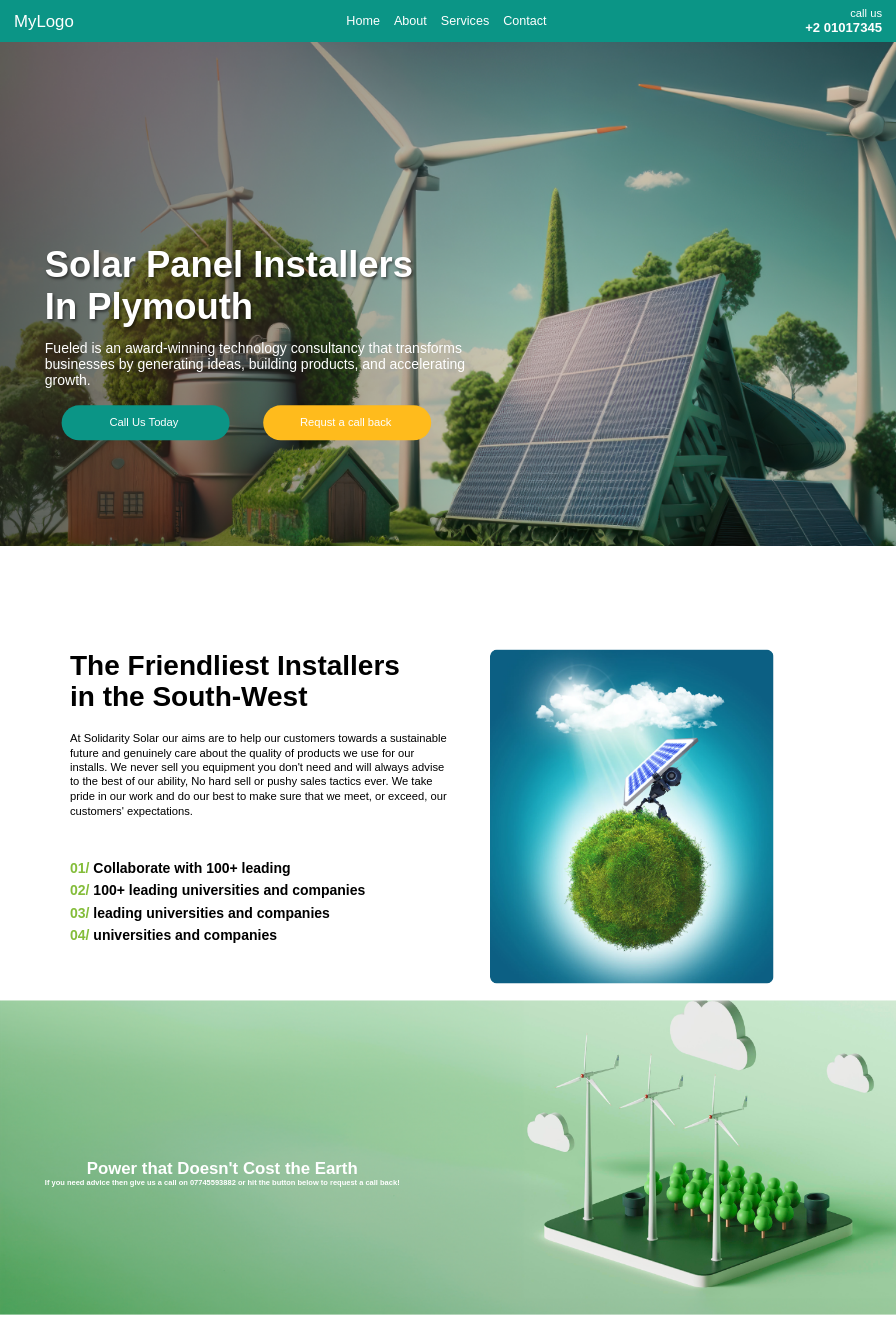
Repository: MaramNabil872/Landing-Page
Page: landingPage.html
The author's editor kept a copy of each file at every save. The page is drawn from the files as they stood at one save, then again after the next save.
The browser window is 1280 px wide. The pictures show the whole page, at 70% of full size.

Above is the page before, as saved 2024-10-20 21:35:33.

### landingPage.html
<!DOCTYPE html>
<html lang="en">
    <head>
        <meta charset="UTF-8" />
        <meta name="viewport" content="width=device-width, initial-scale=1.0" />
        <title>Landing Page</title>
        <link rel="stylesheet" href="landingPage.css" />
    </head>
    <body>
        <nav class="navbar">
            <div class="logo">MyLogo</div>

            <ul class="nav-links">
                <li><a href="#home">Home</a></li>
                <li><a href="#about">About</a></li>
                <li><a href="#services">Services</a></li>
                <li><a href="#contact">Contact</a></li>
            </ul>
            <div class="call">
                <p>call us</p>
                <h3>+2 01017345</h3>
            </div>
        </nav>

        <div class="image-container">
            <img
                src="images/solar-panels-meadow 1.png"
                alt="Background Image"
                class="background-image"
            />
            <div class="main-text">
                <h2 class="text-wallpaper">
                    Solar Panel Installers <br />
                    In Plymouth
                </h2>
                <br />
                <p class="text-paragraph">
                    Fueled is an award-winning technology consultancy that
                    transforms <br />
                    businesses by generating ideas, building products, and
                    accelerating<br />
                    growth.
                </p>
                <div class="button-container">
                    <button class="button-wallpaper1">Call Us Today</button>
                    <button class="button-wallpaper2">
                        Requst a call back
                    </button>
                </div>
            </div>
        </div>

        <!-- first container -->

        <div class="container1">
            <div class="text-container1">
                <p class="title-container1">
                    The Friendliest Installers <br />in the South-West
                </p>
                <p class="paragraph-container1">
                    At Solidarity Solar our aims are to help our customers
                    towards a sustainable future and genuinely care about the
                    quality of products we use for our installs. We never sell
                    you equipment you don't need and will always advise to the
                    best of our ability, No hard sell or pushy sales tactics
                    ever. We take pride in our work and do our best to make sure
                    that we meet, or exceed, our customers' expectations.
                </p>
                <div class="last-container1">
                    <p>
                        <span class="number-container1">01/ </span>Collaborate
                        with 100+ leading
                    </p>
                    <p>
                        <span class="number-container1">02/ </span> 100+ leading
                        universities and companies
                    </p>
                    <p>
                        <span class="number-container1">03/ </span> leading
                        universities and companies
                    </p>
                    <p>
                        <span class="number-container1">04/ </span> universities
                        and companies
                    </p>
                </div>
            </div>
            <div class="image-container1">
                <img src="images/Rectangle 30.png" alt="solar" />
            </div>
        </div>

        <!-- second section -->

        <div class="section2">
            <img src="images/middle.png" alt="img">
            <div class="section2-text">
                <h2>Power that Doesn't Cost the Earth</h2>
              <h6>If you need advice then give us a call on 07745593882 or hit the button below to request a call back!</h6>
            </div>
        </div>
    </body>
</html>

### landingPage.css
* {
    margin: 0;
    padding: 0;
    box-sizing: border-box; /* Added for consistent sizing */
}

body {
    font-family: Arial, sans-serif;
}
@media (max-width: 480px) {
    .text-overlay {
        font-size: 1.2rem; /* Even smaller text size for very small screens */
    }

    .call h3 {
        font-size: 1.2rem; /* Adjust call size for small screens */
    }
}

.navbar {
    background-color: #0b9586;
    display: flex;
    justify-content: space-between;
    align-items: center;
    padding: 10px 20px;
    position: relative;
    flex-wrap: wrap; /* Allow items to wrap on smaller screens */
}

.logo {
    color: #fff;
    font-size: 24px;
}

.nav-links {
    list-style: none;
    display: flex;
    flex-wrap: wrap; /* Allow links to wrap on smaller screens */
}

.nav-links li {
    margin-left: 20px;
}

.nav-links a {
    text-decoration: none;
    color: white;
    font-size: 18px;
    transition: color 0.3s;
}

.nav-links a:hover {
    color: #f0a500;
}

.call {
    color: #fff;
    text-align: right; /* Align text to the right */
}

.image-container {
    position: relative;
    width: 100%;
    height: 100vh;
    overflow: hidden;
}

.background-image {
    width: 100%;
    height: 100%;
    object-fit: cover;
}
.main-text{
    position: absolute;
    top: 40%;
    left:5%;
}
.text-wallpaper {


    color: white;
    font-size: 52px;
    font-weight: bold;
    text-shadow: 2px 2px 4px rgba(0, 0, 0, 0.5);
}
.text-paragraph{
    color: white;
    font-size:  20px;

}
.button-container{
    display: flex;
}
.button-wallpaper1 {
    background-color: #0b9586;
    color: white;
    border: none;
    border-radius: 20em;
    padding: 0.8em 1.5em 0.8em 1.2em;
    width: 40%;
    margin: 4%;
    height: 50px;
    font-size: 16px;
    cursor: pointer;
    align-items: center;

}
.button-wallpaper2 {
    background-color:  #FFBB1C;
    ;
    color: white;
    border: none;
    border-radius: 20em;
    padding: 0.8em 1.5em 0.8em 1.2em;
    width: 40%;
    margin: 4%;
    height: 50px;
    font-size: 16px;
    cursor: pointer;
    align-items: center;

}

.container1 {
    display: flex;
    background-color: white;
    padding-top: 10%;
    border-radius: 8px;
    max-width: 1200px;
    margin: 20px auto;


}
.title-container1{
    font-size: 40px;
    font-weight: bold;


}
.text-container1 {
   flex:1;
    padding-right:5%;
padding-left: 5%;}
.paragraph-container1{
    margin-top: 5%;
    line-height: 1.3;
}

.last-container1{
    font-size: 20px;
    font-weight: bold;
    padding-top: 10%;
    line-height: 1.6;
    .number-container1{
        color:#84BD3A;
        ;
    }
}
.image-container1 {
   flex:1
}

.image-container1 img {
    width: 75%;
    height: auto;
    border-radius: 8px;
}


.section2 {
    position: relative;
    width: 100%;
    overflow: hidden;
}

.section2 img {
    width: 100%;
    height: auto; }

.section2-text {
    position: absolute;
    top: 50%;
    left:5%;
    color: white;
    text-align: center;

}
/* Media Queries for Responsiveness */
@media (max-width: 768px) {
    .navbar {
        flex-direction: column; /* Stack items vertically */
        align-items: flex-start; /* Align items to the left */
    }

    .nav-links {
        margin-top: 10px; /* Space between navbar and links */
    }

    .nav-links li {
        margin-left: 0;
        margin-bottom: 10px; /* Space between links */
    }

    .text-overlay {
        font-size: 1.5rem; /* Smaller text size for mobile */
    }
}

After the next save:
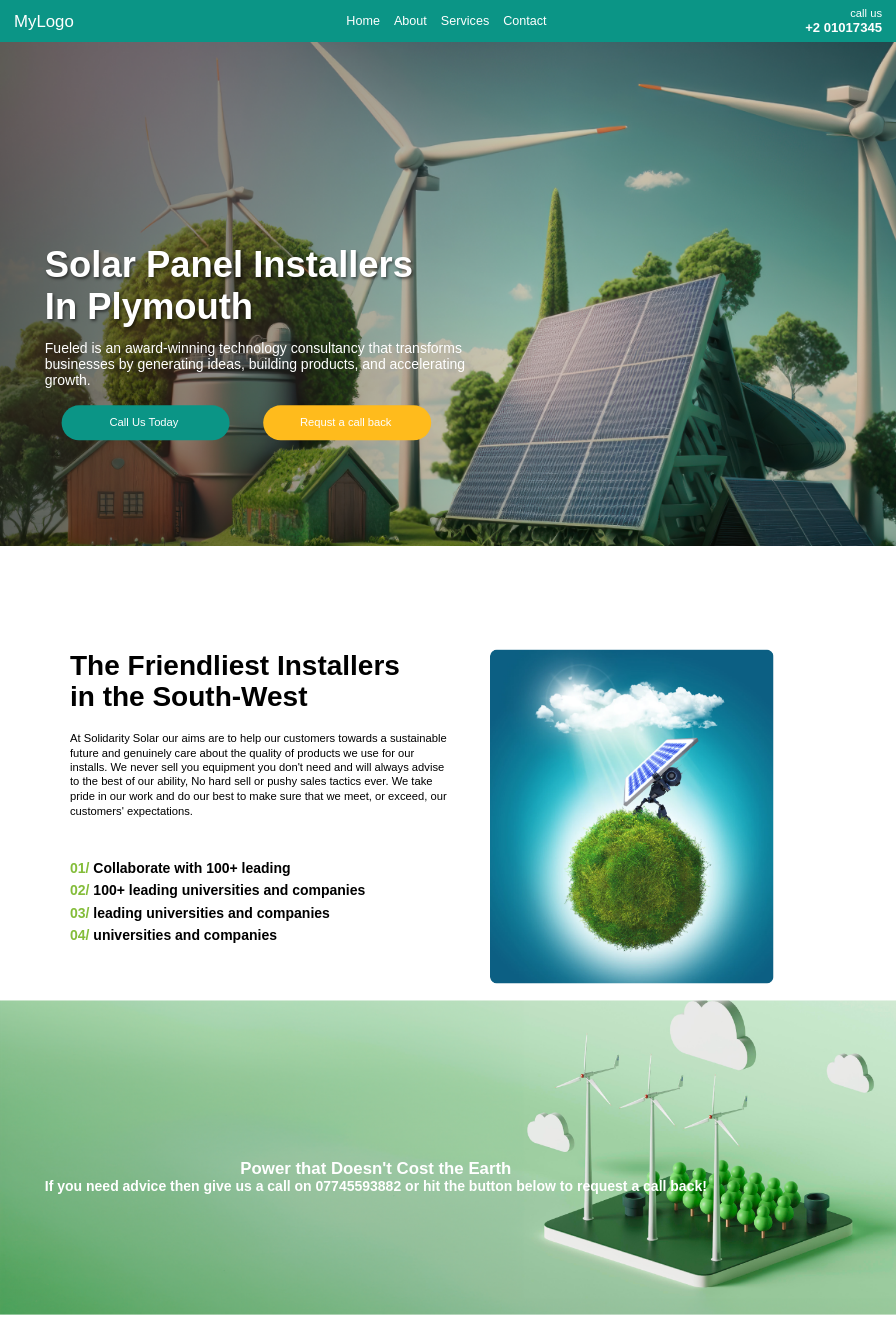
Saved 36 s later.
--- a/landingPage.html
+++ b/landingPage.html
@@ -96,7 +96,7 @@
             <img src="images/middle.png" alt="img">
             <div class="section2-text">
                 <h2>Power that Doesn't Cost the Earth</h2>
-              <h6>If you need advice then give us a call on 07745593882 or hit the button below to request a call back!</h6>
+              <h6 class="text-paragraph">If you need advice then give us a call on 07745593882 or hit the button below to request a call back!</h6>
             </div>
         </div>
     </body>

After the save that followed:
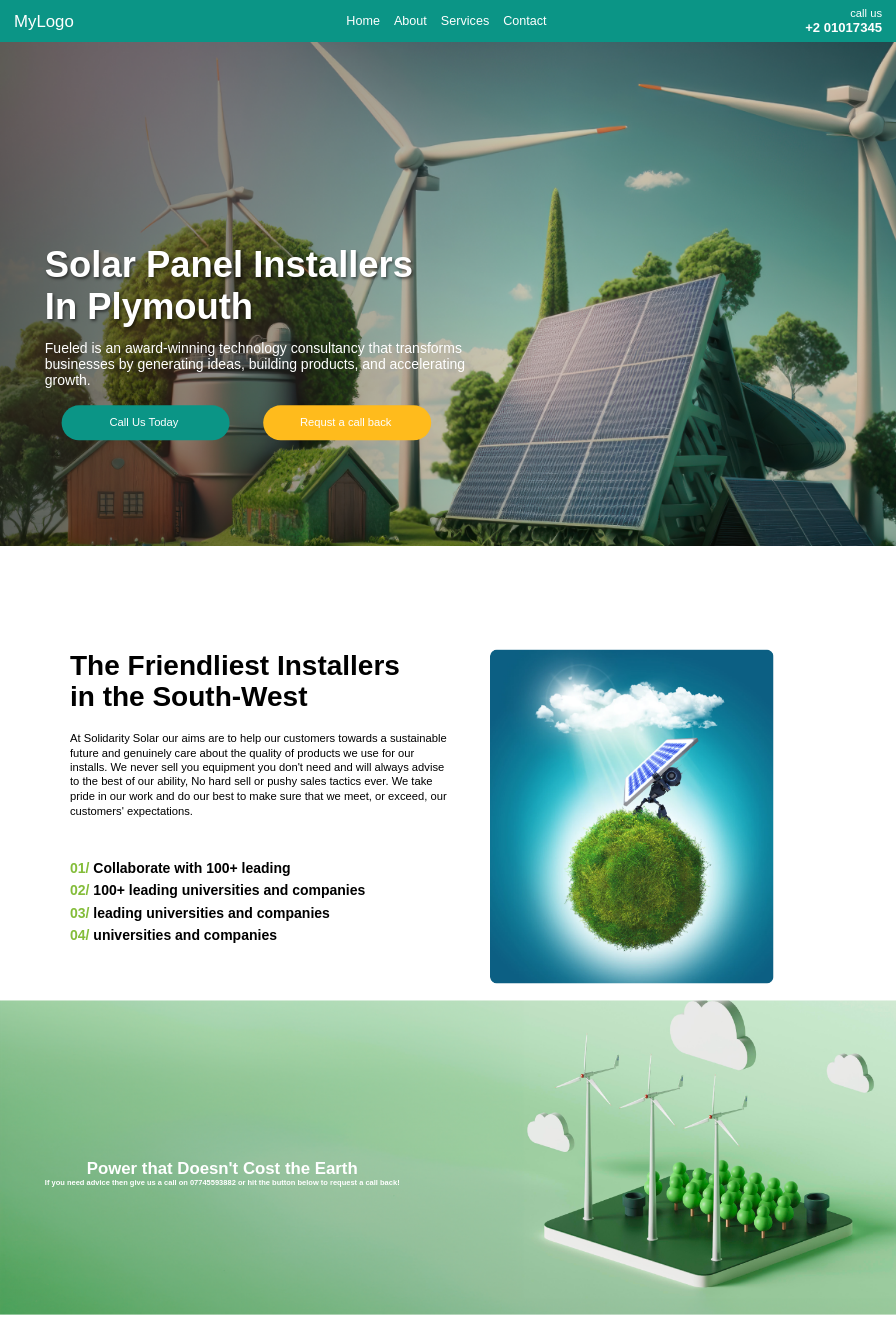
Saved 9 s later.
--- a/landingPage.html
+++ b/landingPage.html
@@ -96,7 +96,7 @@
             <img src="images/middle.png" alt="img">
             <div class="section2-text">
                 <h2>Power that Doesn't Cost the Earth</h2>
-              <h6 class="text-paragraph">If you need advice then give us a call on 07745593882 or hit the button below to request a call back!</h6>
+              <h6 >If you need advice then give us a call on 07745593882 or hit the button below to request a call back!</h6>
             </div>
         </div>
     </body>
